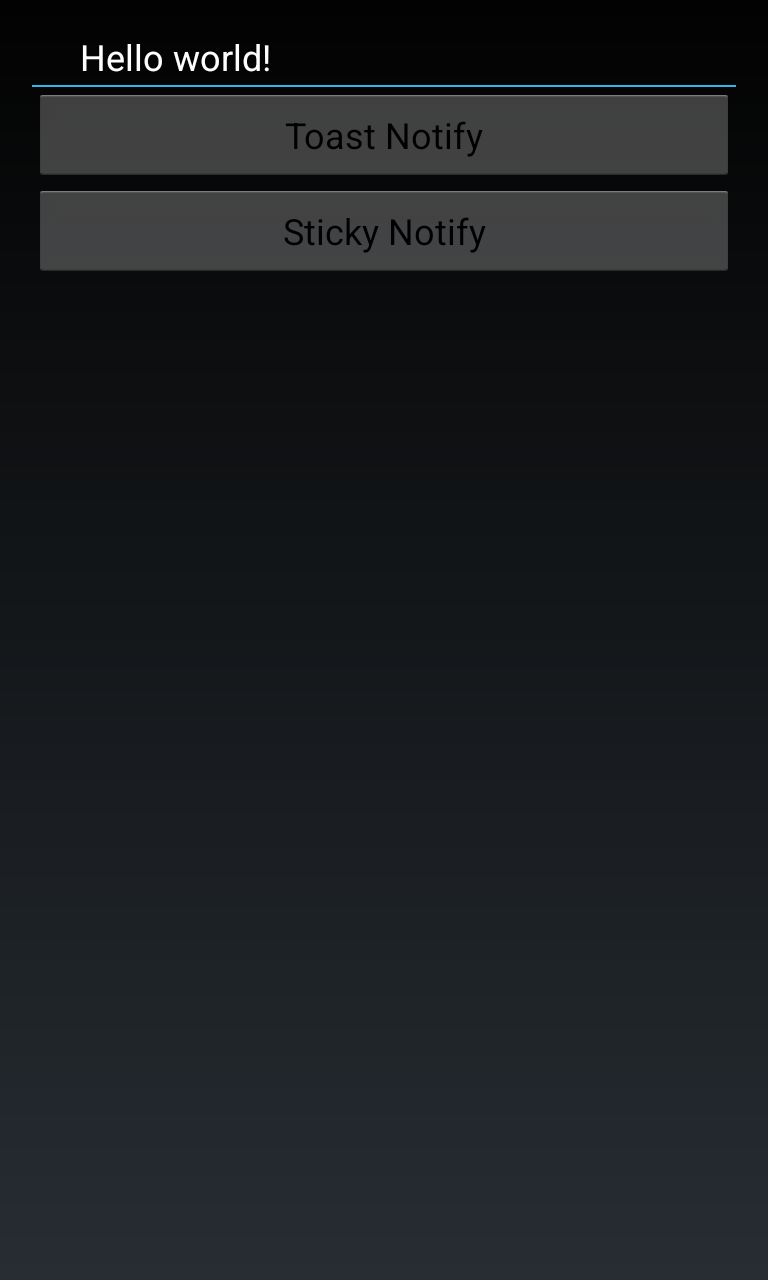
Repository: zubke/NotifyLib
Layout: Android-NotifySample/res/layout/activity_main.xml
An editor plug-in stored every save of this project. The layout is shown before and after the next save, followed by the edit.
It is drawn on a 768 x 1280 px phone screen (xhdpi) without system bars, with theme AppTheme; the app's code is not run.

Above is the layout before, as saved 2013-10-07 19:29:41.

After the next save:
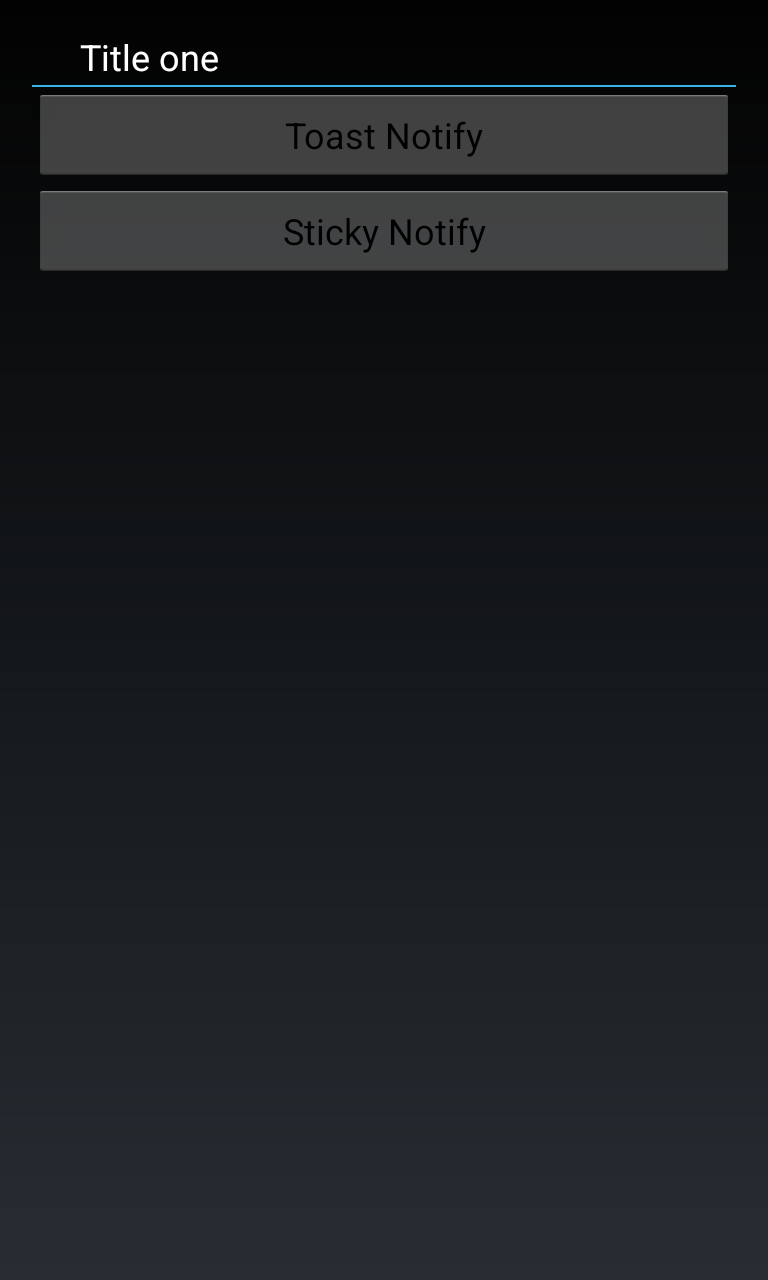
Saved 21 s later.
--- a/Android-NotifySample/res/layout/activity_main.xml
+++ b/Android-NotifySample/res/layout/activity_main.xml
@@ -19,7 +19,7 @@
             android:layout_height="wrap_content"
     		style="@style/Title"
     		android:textColor="@color/white"
-            android:text="@string/hello_world" />
+            android:text="@string/title_one" />
 
          <View
             android:layout_width="match_parent"
